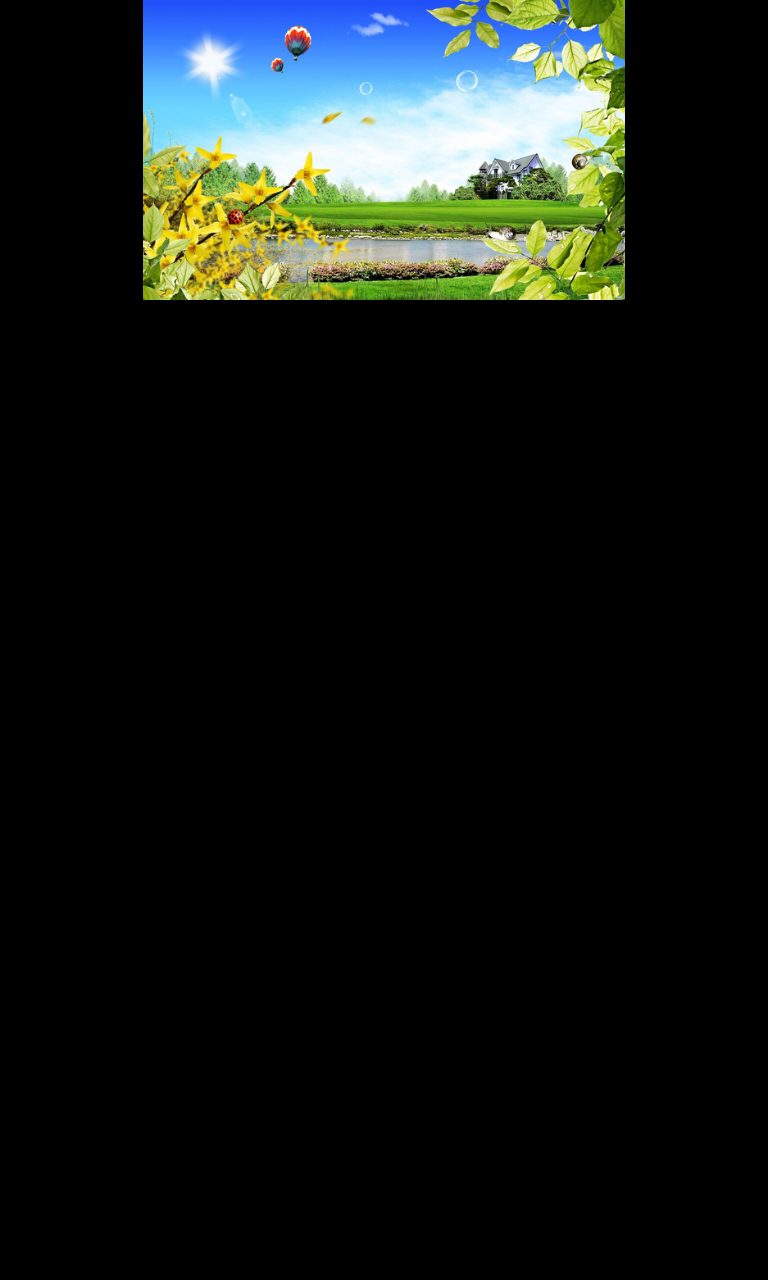
Repository: GuangmingChan/DevelopAndroidApp
Layout: demoImageView4/res/layout/main.xml
The author's editor kept a copy of each file at every save. The layout is drawn from the files as they stood at one save, then again after the next save.
It is drawn on a 768 x 1280 px phone screen (xhdpi) without system bars, with theme android:Theme.Holo; the app's code is not run.

Above is the layout before, as saved 2017-03-31 00:32:42.

### demoImageView4/res/layout/main.xml
<?xml version="1.0" encoding="utf-8"?>
<LinearLayout xmlns:android="http://schemas.android.com/apk/res/android"
    android:layout_width="fill_parent"
    android:layout_height="fill_parent"
    android:orientation="vertical" >

    <ImageView
        android:layout_width="fill_parent"
        android:layout_height="wrap_content"
        android:maxWidth="100dp"
        android:maxHeight="150dp"
        android:adjustViewBounds="true"
        android:scaleType=""
        android:src="@drawable/sunshine"
        />

</LinearLayout>

After the next save:
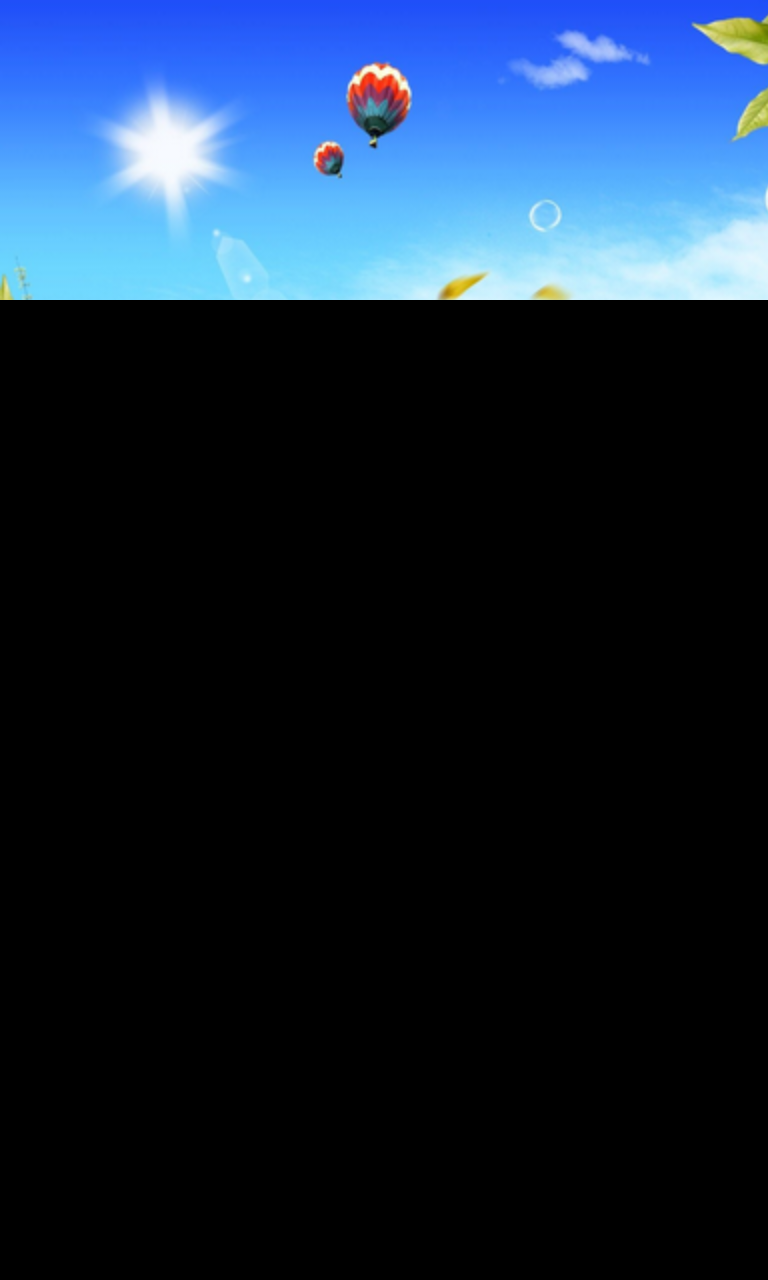
Saved 25 s later.
--- a/demoImageView4/res/layout/main.xml
+++ b/demoImageView4/res/layout/main.xml
@@ -10,7 +10,7 @@
         android:maxWidth="100dp"
         android:maxHeight="150dp"
         android:adjustViewBounds="true"
-        android:scaleType=""
+        android:scaleType="matrix"
         android:src="@drawable/sunshine"
         />
 

After the save that followed:
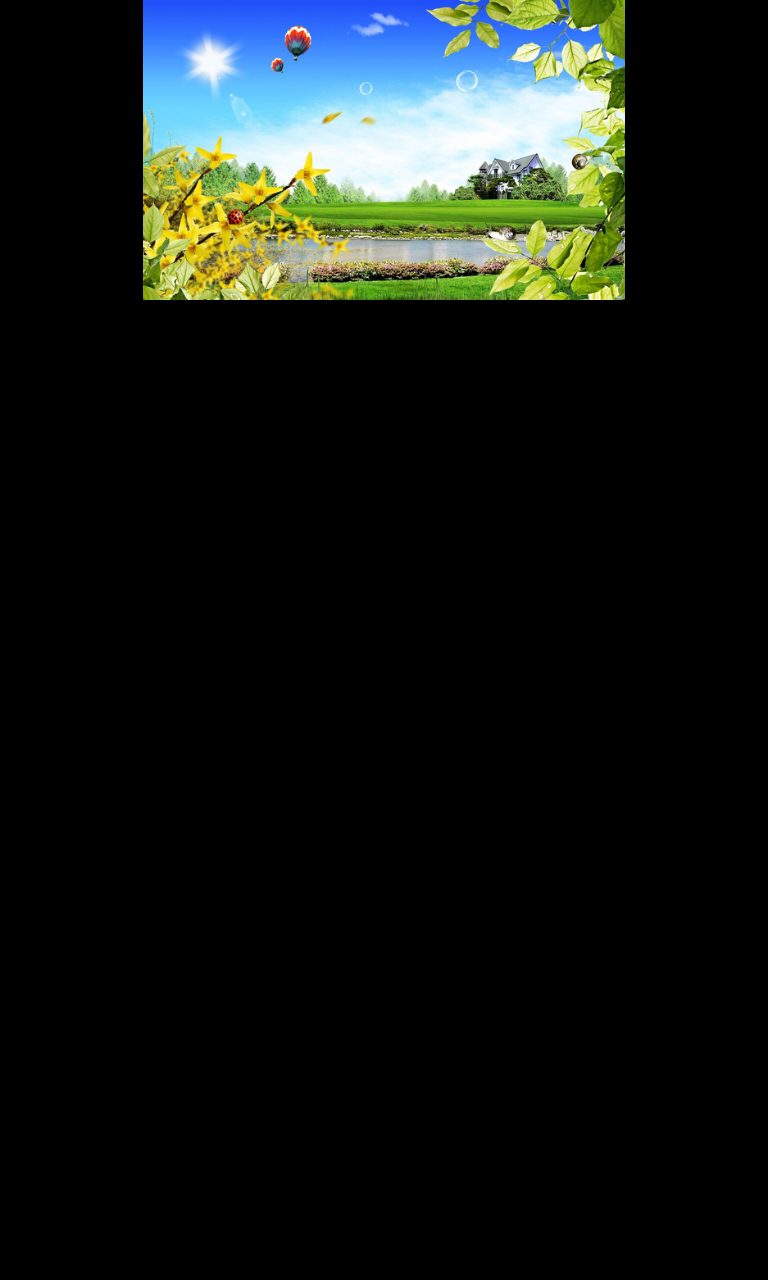
Saved 18 s later.
--- a/demoImageView4/res/layout/main.xml
+++ b/demoImageView4/res/layout/main.xml
@@ -10,7 +10,7 @@
         android:maxWidth="100dp"
         android:maxHeight="150dp"
         android:adjustViewBounds="true"
-        android:scaleType="matrix"
+        android:scaleType="fitCenter"
         android:src="@drawable/sunshine"
         />
 
